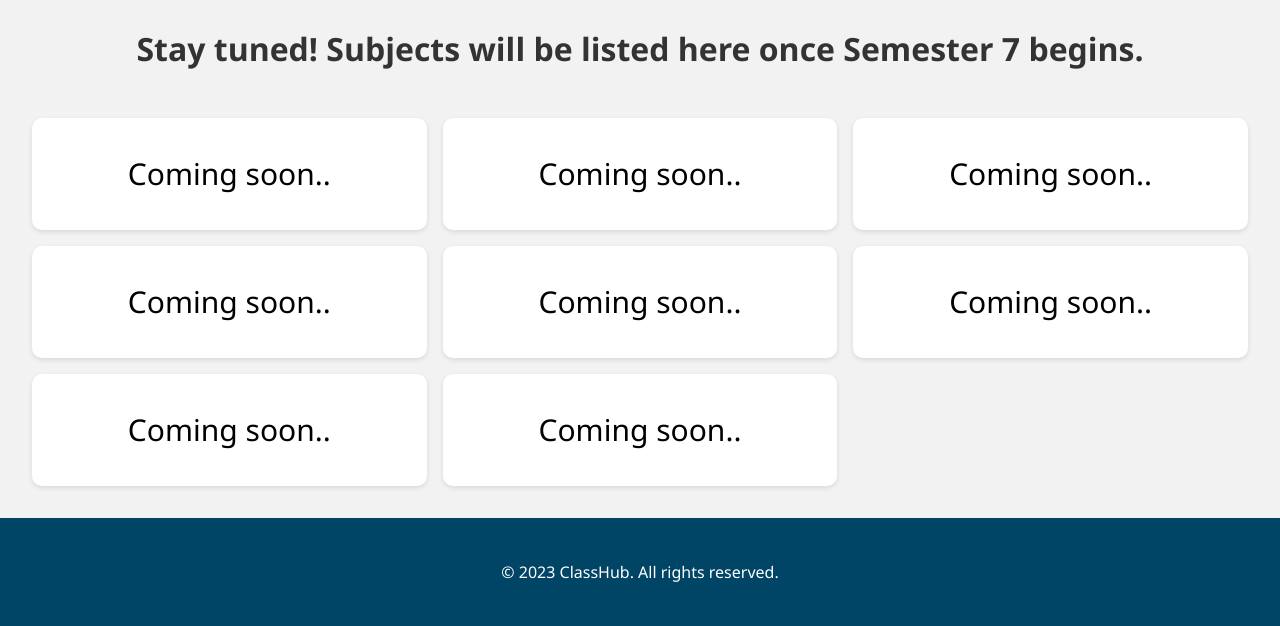
Repository: MariamSawera/eduNova
Page: semester7.html
An editor plug-in stored every save of this project. The page is shown before and after the next save, followed by the edit.
The browser window is 1280 px wide. The pictures show the part of the page from y = 294 to 920 px (the page is 920 px tall).

Above is the page before, as saved 2025-07-21 22:16:47.

### semester7.html
<html>
<head>
    <title>Semester 1</title>
    <meta charset="UTF-8">
    <meta name="viewport" content="width=device-width, initial-scale=1.0">
    <link rel="stylesheet" href="styles.css">
    <script src="script.js"></script>
</head>
<body>
    <nav>
        <div class="logo">ClassHub</div>
        <ul>
        <li><a href="index.html">Home</a></li>
        <li><a href="index.html#semester">Semesters</a></li>
        <li><a href="subjects.html">Subjects</a></li>
        <li><a href="books.html">Books</a></li>
        <li><a href="resources.html">Resources</a></li>
        <li><a href="assignments.html">Assignments</a></li>
        <li><a href="events.html">Events</a></li>
        <li><a href="contact.html">Contact</a></li>
        <li><a href="login.html">Login</a></li>
        </ul>
    </nav>

    <!-- Hero Section -->
    <div class="hero">
        <h1>Welcome to Semester 7 Resources!</h1>
    </div>

    <!-- Resources Section -->
    <h2 class="heading">Stay tuned! Subjects will be listed here once Semester 7 begins.</h2>
    <div class="resources quick-links"   >
        <div class="link-card" style="color: black;"><a href="#" target="_blank">Coming soon..</a></div>
        <div class="link-card" style="color: black;"><a href="#" target="_blank">Coming soon..</a></div>
        <div class="link-card" style="color: black;"><a href="#" target="_blank">Coming soon..</a></div>
        <div class="link-card" style="color: black;"><a href="#" target="_blank">Coming soon..</a></div>
        <div class="link-card" style="color: black;"><a href="#" target="_blank">Coming soon..</a></div>
        <div class="link-card" style="color: black;"><a href="#" target="_blank">Coming soon..</a></div>
        <div class="link-card" style="color: black;"><a href="#" target="_blank">Coming soon..</a></div>
        <div class="link-card" style="color: black;"><a href="#"target="_blank">Coming soon..</a></div>
    </div>





    </div>

    <!-- Footer -->
    <footer class="footer">
        <p>&copy; 2023 ClassHub. All rights reserved.</p>
    </footer>

</body>
</html>

### styles.css
    html {
      scroll-behavior: smooth;
    }

    body {
      margin: 0;
      font-family: 'Segoe UI', sans-serif;
      background: #f2f2f2;
        /* background-color: #B3DDF0; */

    }

    nav {
      background-color: #004466;
      color: white;
      padding: 1rem;
      display: flex;
      justify-content: space-between;
      align-items: center;
    }

    nav .logo {
      font-size: 1.5rem;
      font-weight: bold;
    }

    a {
        text-decoration: none;
        color: inherit;
    }

    nav ul {
      list-style: none;
      display: flex;
      gap: 1rem;
    }

    nav ul li {
      display: inline;
    }

    nav ul li a {
      color: white;
      text-decoration: none;
    }


    .hero {
      /* background: linear-gradient(to right, #00aaff, #00ffcc); */
      background-image: url('./images/okokook.jpg');
      background-position: center;
      color: white;
      padding: 2rem;
      text-align: center;
      height: 20vh;
    }


    .hero input {
      padding: 0.5rem;
      border: none;
      border-radius: 5px;
      margin-top: 1rem;
      width: 200px;
    }

    .dashboard {
      display: grid;
      grid-template-columns: 1fr 1fr 1fr;
      gap: 1rem;
      padding: 2rem;
    }

    .card {
      background: white;
      padding: 1rem;
      border-radius: 10px;
      box-shadow: 0 2px 5px rgba(0,0,0,0.1);
    }

    .quick-links {
      padding: 2rem;
      display: grid;
      grid-template-columns: repeat(3, minmax(150px, 1fr));
      gap: 1rem;
    }

    .link-card{
      display: flex;
      justify-content: center;
      align-items: center;
      font-size: 30px;
      color: white;


    }

    .quick-links .link-card {
      background: white;
      text-align: center;
      padding: 1rem;
      border-radius: 10px;
      box-shadow: 0 2px 5px rgba(0,0,0,0.1);
      height: 80px;
    }

    .footer{
      background-color: #004466;
      display: flex;
      justify-content: center;
      align-items: center;
      color: white;
      height: 15vh;
    }

    .heading{
      color: #333;
      margin-bottom: 1rem;
      text-align: center;
      font-size: 2rem;
    }

### script.js
function updateName() {
      const name = document.getElementById('nameInput').value;
      const welcome = document.getElementById('welcome');
      if(name.trim()) {
        welcome.textContent = `Hello, ${name}! 👋`;
      } else {
        welcome.textContent = `Hello, Guest 👋`;
      }
    }

After the next save:
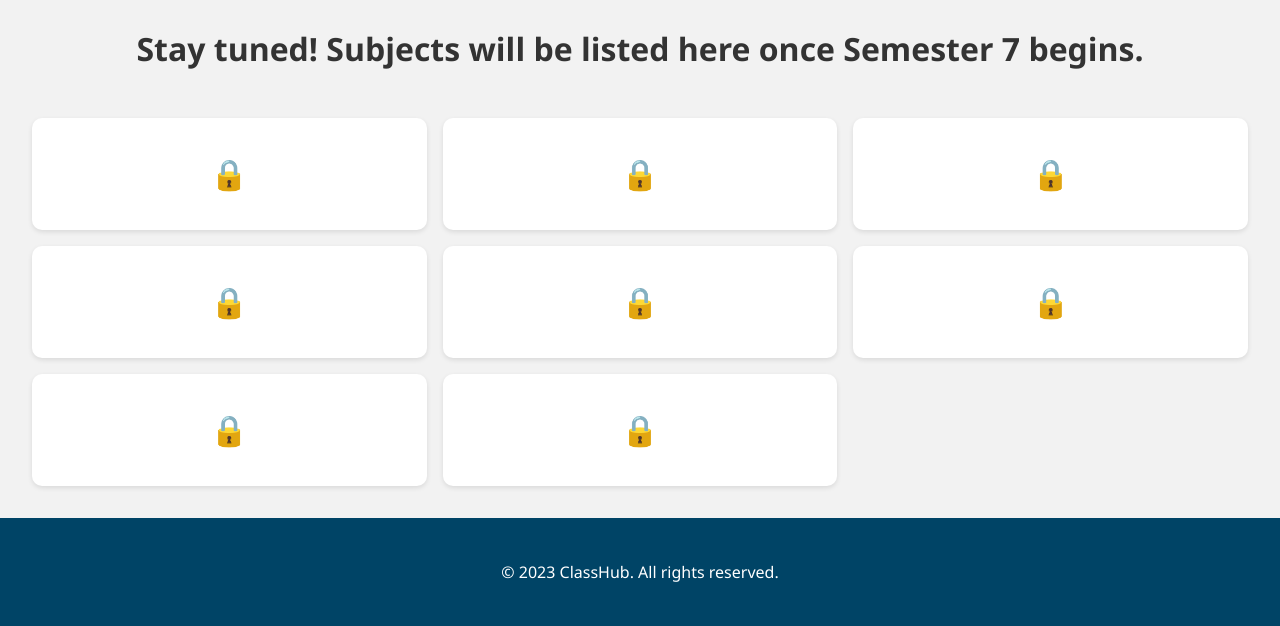
Saved 3 min 7 s later.
--- a/semester7.html
+++ b/semester7.html
@@ -30,14 +30,14 @@
     <!-- Resources Section -->
     <h2 class="heading">Stay tuned! Subjects will be listed here once Semester 7 begins.</h2>
     <div class="resources quick-links"   >
-        <div class="link-card" style="color: black;"><a href="#" target="_blank">Coming soon..</a></div>
-        <div class="link-card" style="color: black;"><a href="#" target="_blank">Coming soon..</a></div>
-        <div class="link-card" style="color: black;"><a href="#" target="_blank">Coming soon..</a></div>
-        <div class="link-card" style="color: black;"><a href="#" target="_blank">Coming soon..</a></div>
-        <div class="link-card" style="color: black;"><a href="#" target="_blank">Coming soon..</a></div>
-        <div class="link-card" style="color: black;"><a href="#" target="_blank">Coming soon..</a></div>
-        <div class="link-card" style="color: black;"><a href="#" target="_blank">Coming soon..</a></div>
-        <div class="link-card" style="color: black;"><a href="#"target="_blank">Coming soon..</a></div>
+        <div class="link-card" style="color: black;"><a href="#" target="_blank"> 🔒</a></div>
+        <div class="link-card" style="color: black;"><a href="#" target="_blank">🔒</a></div>
+        <div class="link-card" style="color: black;"><a href="#" target="_blank">🔒</a></div>
+        <div class="link-card" style="color: black;"><a href="#" target="_blank">🔒</a></div>
+        <div class="link-card" style="color: black;"><a href="#" target="_blank">🔒</a></div>
+        <div class="link-card" style="color: black;"><a href="#" target="_blank">🔒</a></div>
+        <div class="link-card" style="color: black;"><a href="#" target="_blank">🔒</a></div>
+        <div class="link-card" style="color: black;"><a href="#"target="_blank">🔒</a></div>
     </div>
 
 
